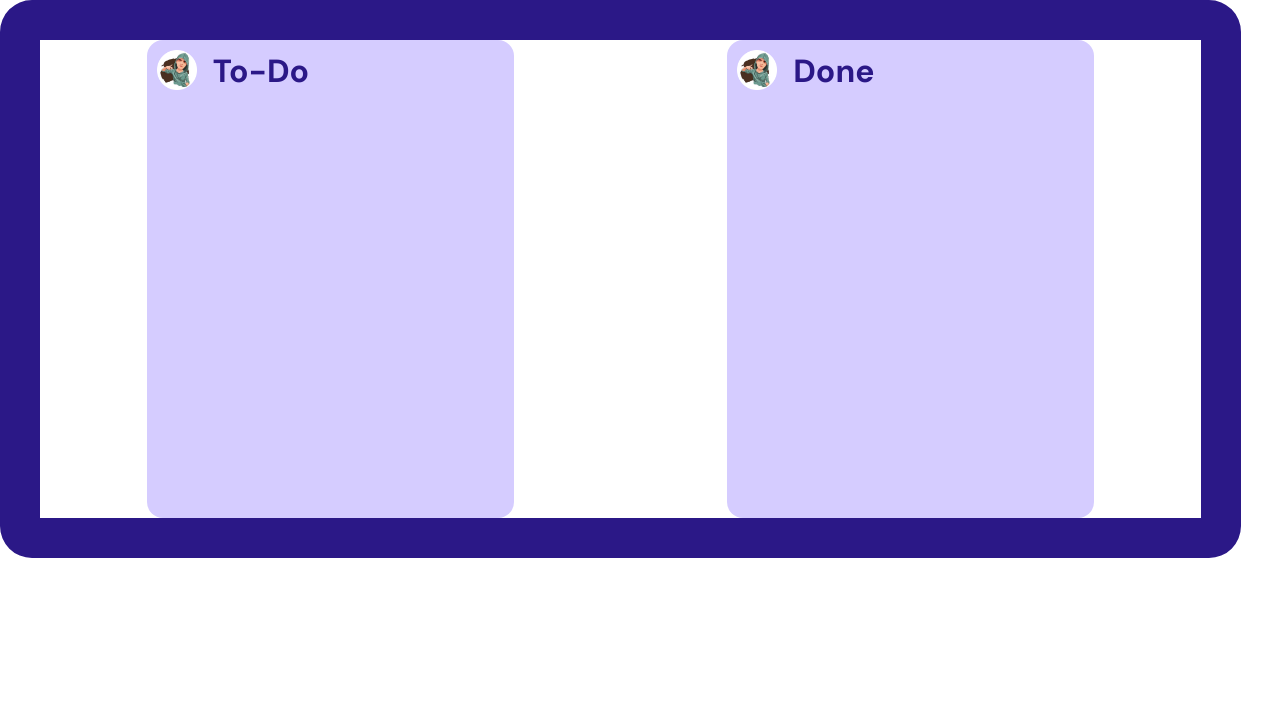
Repository: VitasYo/Kanban
Page: index.html
The author's editor kept a copy of each file at every save. The page is drawn from the files as they stood at one save, then again after the next save.
The browser window is 1280 px wide. The pictures show the whole page.

Above is the page before, as saved 2024-04-14 22:51:00.

### index.html
<!DOCTYPE html>
<html lang="en">
<head>
  <meta charset="UTF-8">
  <meta name="viewport" content="width=device-width, initial-scale=1.0">
  <link rel="stylesheet" href="./src/assets/css/index.css">
  <title>To-Do-List-Kanban</title>
</head>
<body>
  <main class="kanban">
    <section class="kanban__column kanban__column--to-do">
      <div class="kanban__title_and_icon">
        <img height=40 width=40 src="src/assets/img/Avatar.jpg" alt="Аватар">
        <h2 class="kanban__title">To-Do</h2>
      </div>

    </section>

    <section class="kanban__column kanban__column--done">
      <div class="kanban__title_and_icon">
        <img height=40 width=40 src="src/assets/img/Avatar.jpg" alt="Аватар">
        <h2 class="kanban__title">Done</h2>
      </div>
    </section>
  </main>
  </body>
<script src="./src/assets/js/index.js"></script>
</html>

### src/assets/css/index.css
@import url('https://fonts.googleapis.com/css2?family=DM+Sans:opsz,wght@9..40,100;9..40,200;9..40,300;9..40,400;9..40,500;9..40,600;9..40,700;9..40,800;9..40,900;9..40,1000&display=swap');
@import './component/_kanban.css';
@import './_media.css';



* {
  font-family: 'DM Sans', sans-serif;
}

* {
  box-sizing: border-box;
  margin: 0;
  padding: 0;
}

body {
  font-family: 'Arial', sans-serif;
  background-color: white;
  color: white;
  display: flex;
  flex-direction: column;
  min-height: 100vh;
}


.header__title,
.footer__text {
  margin: 0;
  padding: 10px 0;
}

.container {
  width: 100%;
  padding-right: 15px;
  padding-left: 15px;
  margin-right: auto;
  margin-left: auto;
}

### src/assets/css/component/_kanban.css
.kanban {
    display: flex;
    flex-wrap: wrap;
    justify-content: space-around;
    flex-grow: 1;
    flex: 0 0 100%;
    border-radius: 32px;
    border: 40px solid #2B1887;
    width: 1241px;
}

.kanban__column {
    flex: 0 0 100%;
    height: 478px;
    background-color: #D5CCFF;
    border-radius: 16px;
    padding: 10px;

}

.kanban__title {
    color: #2B1887;
    font-size: 32px;
    margin-bottom: 24px;
    padding-left: 16px;
}

.kanban__title_and_icon {
    display: flex;
}

### src/assets/css/_media.css
@media (min-width: 576px) {
    .container {
        max-width: 540px;
    }
}

@media (min-width: 768px) {
    .container {
        max-width: 720px;
    }
}

@media (min-width: 992px) {
    .container {
        max-width: 960px;
    }
}

@media (min-width: 1200px) {
    .container {
        max-width: 1140px;
    }
}

@media (min-width: 1400px) {
    .container {
        max-width: 1320px;
    }
}

@media screen and (min-width: 640px) {
    .kanban__column {
        flex: 0 0 calc(33.333% - 20px);
    }
}

Loaded but not shown: src/assets/js/index.js (no stored copy; drawn as an empty file)

After the next save:
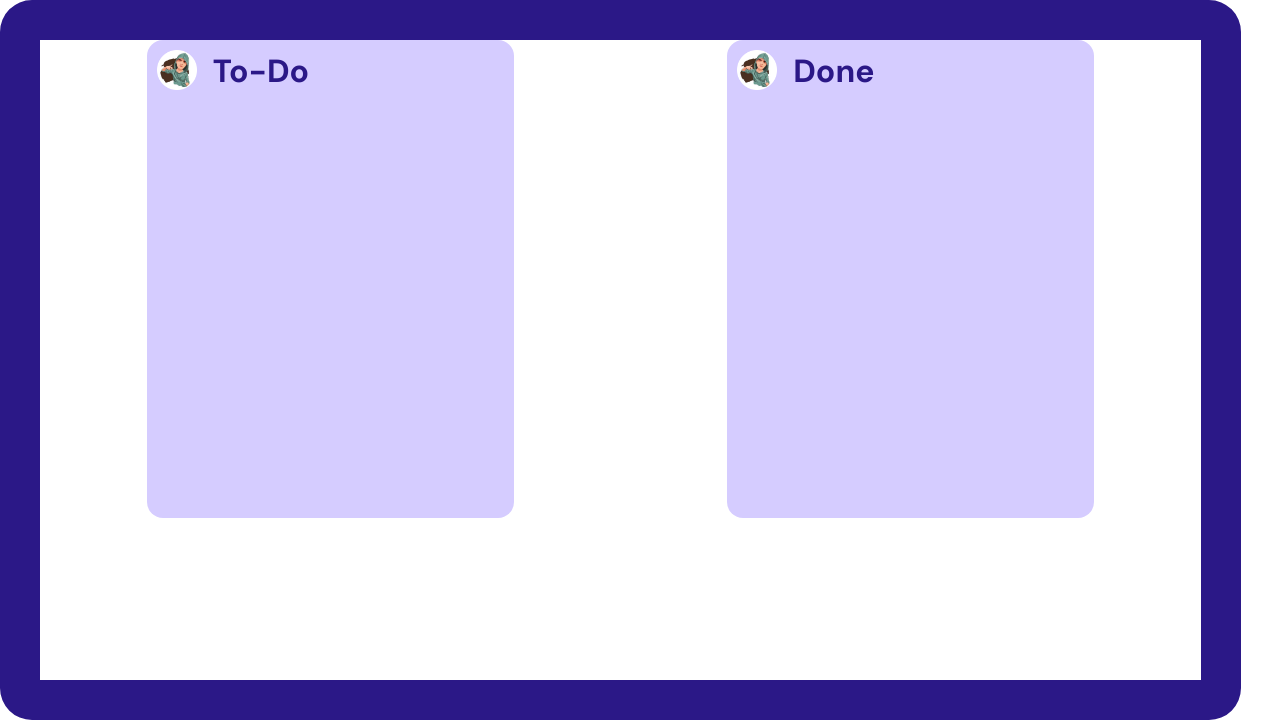
Saved 75 s later.
--- a/src/assets/css/component/_kanban.css
+++ b/src/assets/css/component/_kanban.css
@@ -3,7 +3,6 @@
     flex-wrap: wrap;
     justify-content: space-around;
     flex-grow: 1;
-    flex: 0 0 100%;
     border-radius: 32px;
     border: 40px solid #2B1887;
     width: 1241px;

After the save that followed:
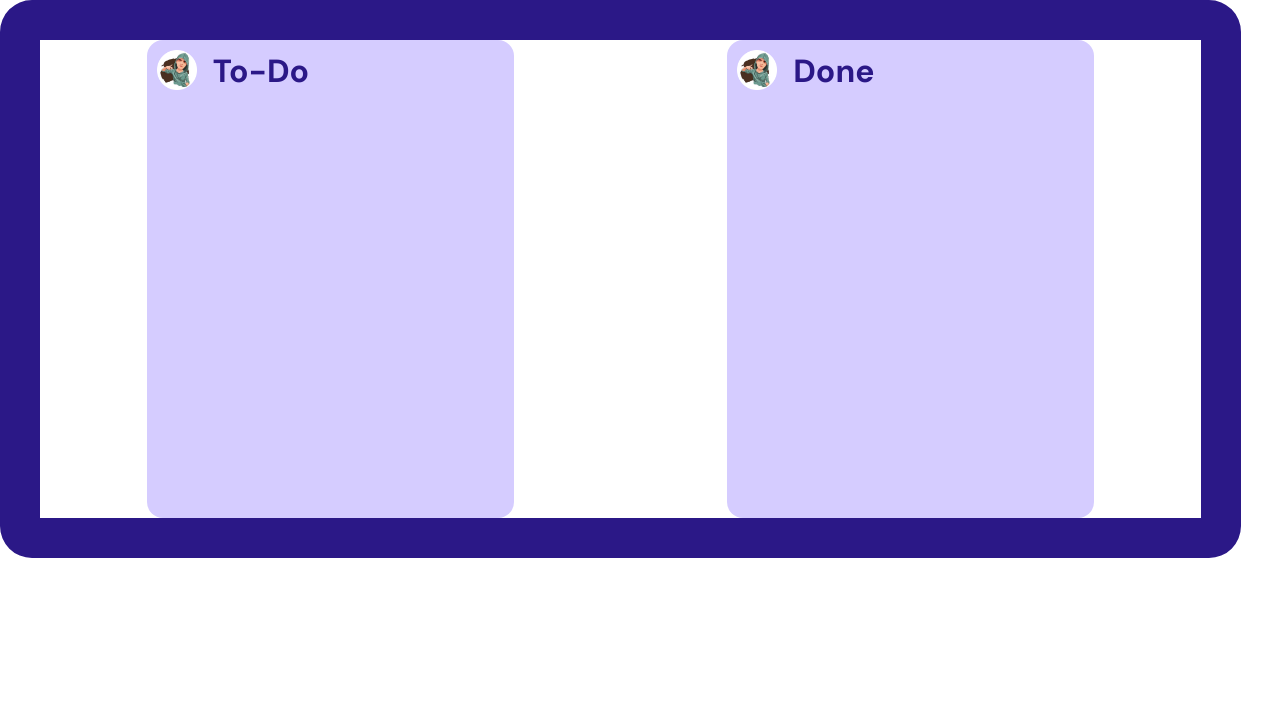
Saved 4 s later.
--- a/src/assets/css/component/_kanban.css
+++ b/src/assets/css/component/_kanban.css
@@ -3,6 +3,7 @@
     flex-wrap: wrap;
     justify-content: space-around;
     flex-grow: 1;
+    flex: 0 0 100%;
     border-radius: 32px;
     border: 40px solid #2B1887;
     width: 1241px;
